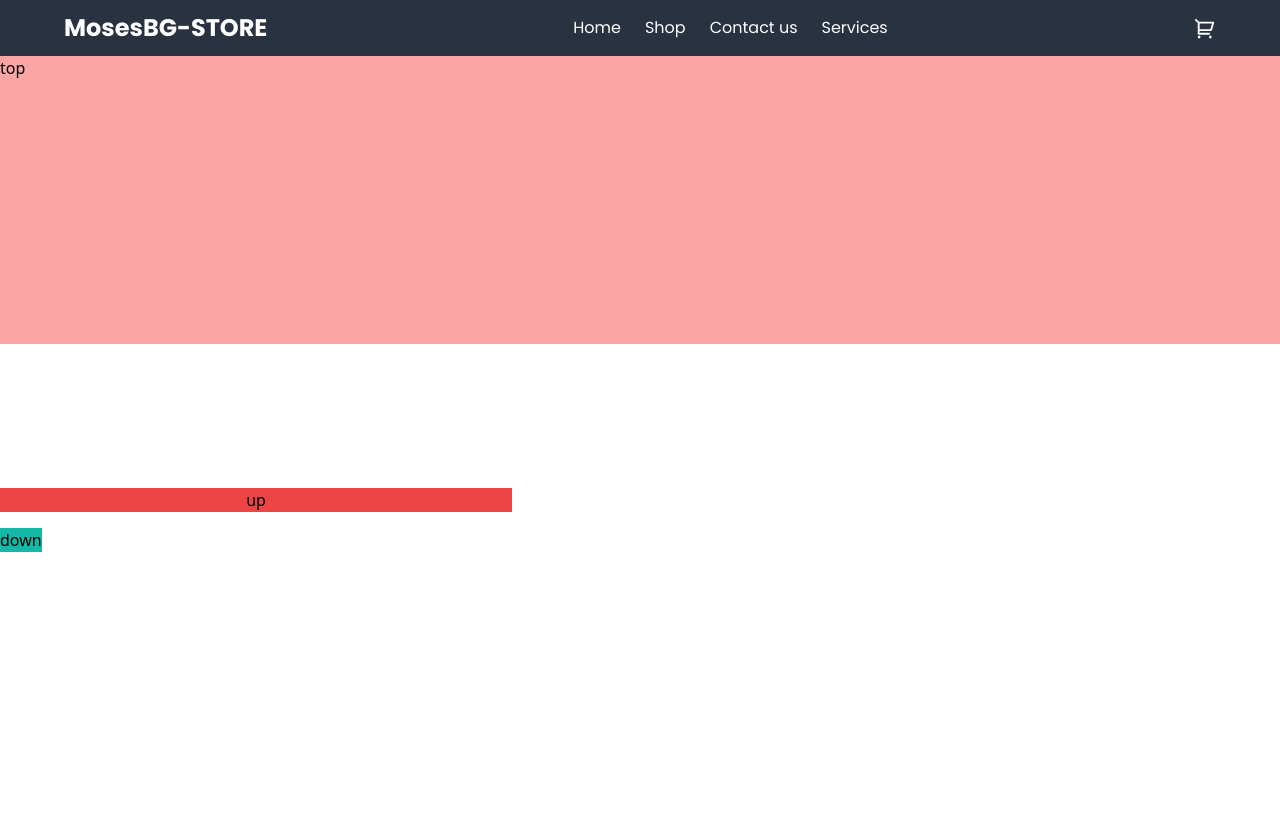
Repository: moshebengan/cart
Page: /fake-store/contact-us
The author's editor kept a copy of each file at every save. The page is drawn from the files as they stood at one save, then again after the next save.
The browser window is 1280 px wide. The pictures show the whole page.
The project was rebuilt for these pictures with package versions that can differ from the ones it lists, and the page was loaded fresh each time. Also part of the build but not shown: vite.config.js, src/components/Error.jsx, src/utils/data.js, src/utils/apiCalls.js, src/components/Loading.jsx, src/components/Products.jsx, src/components/Footer.jsx, src/pages/HomePage.jsx and 5 more.

Above is the page before, as saved 2024-09-15 15:31:32.

After the next save:
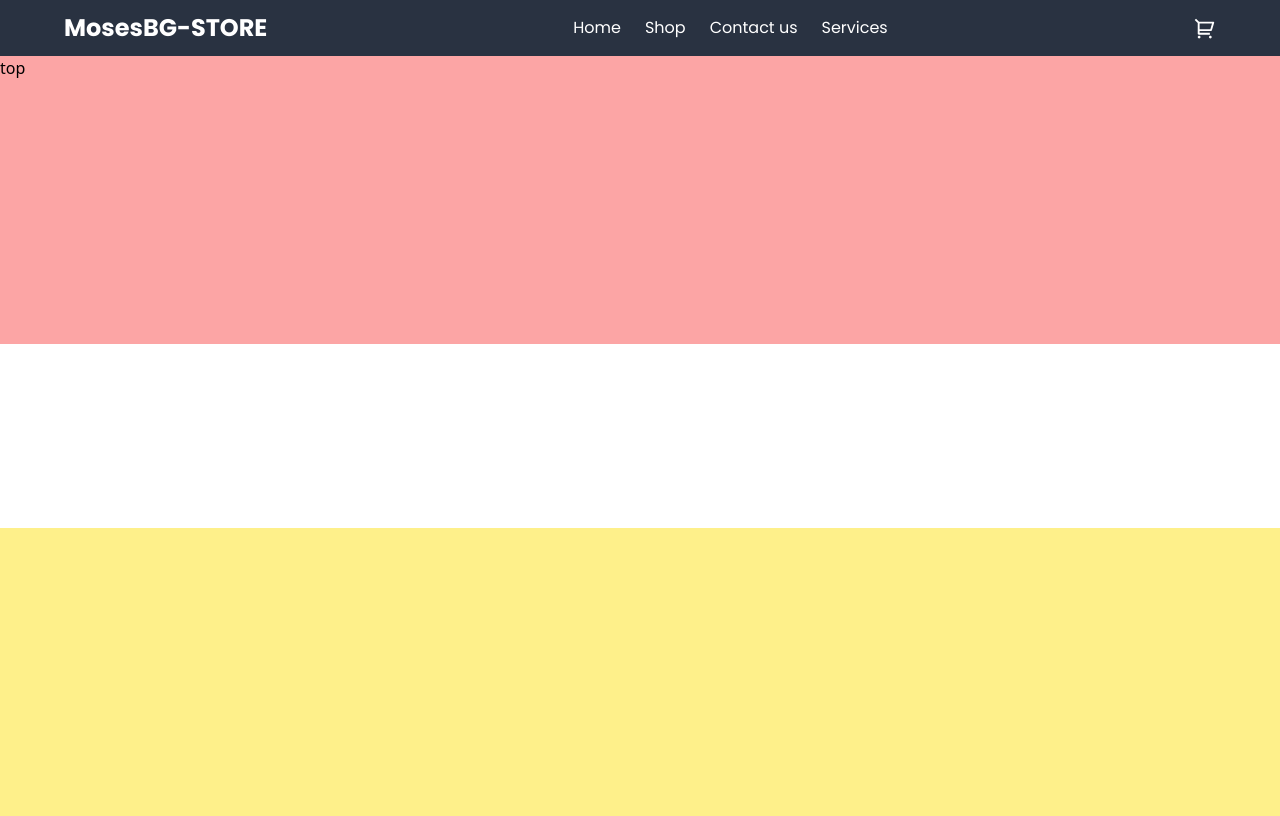
Saved 19 s later.
--- a/src/pages/ContactUs.jsx
+++ b/src/pages/ContactUs.jsx
@@ -4,9 +4,9 @@ const ContactUs = () => {
   return (
     <div className="w-full h-screen flex flex-col relative">
       <div className="w-full h-[40%] bg-red-300">top</div>
-      <div className="w-full h-[40%] bg-transparent flex flex-row absolute -bottom-10">
-        <div className="absolute bg-red-500 -top-10 flex items-center justify-center w-2/5" >up</div>
-        <div className="absolute bg-teal-500">down</div>
+      <div className="w-full h-[40%] bg-yellow-200 flex flex-row absolute -bottom-10">
+        {/* <div className="absolute bg-red-500 -top-10 flex items-center justify-center w-2/5" >up</div>
+        <div className="absolute bg-teal-500">down</div> */}
         {/* <div className="absolute -top-10 left-10 bg-yellow-300 flex-initial w-64">left</div>
         <div className="absolute -top-10 right-10 bg-pink-400 flex-initial w-32 ">right</div> */}
       </div>
